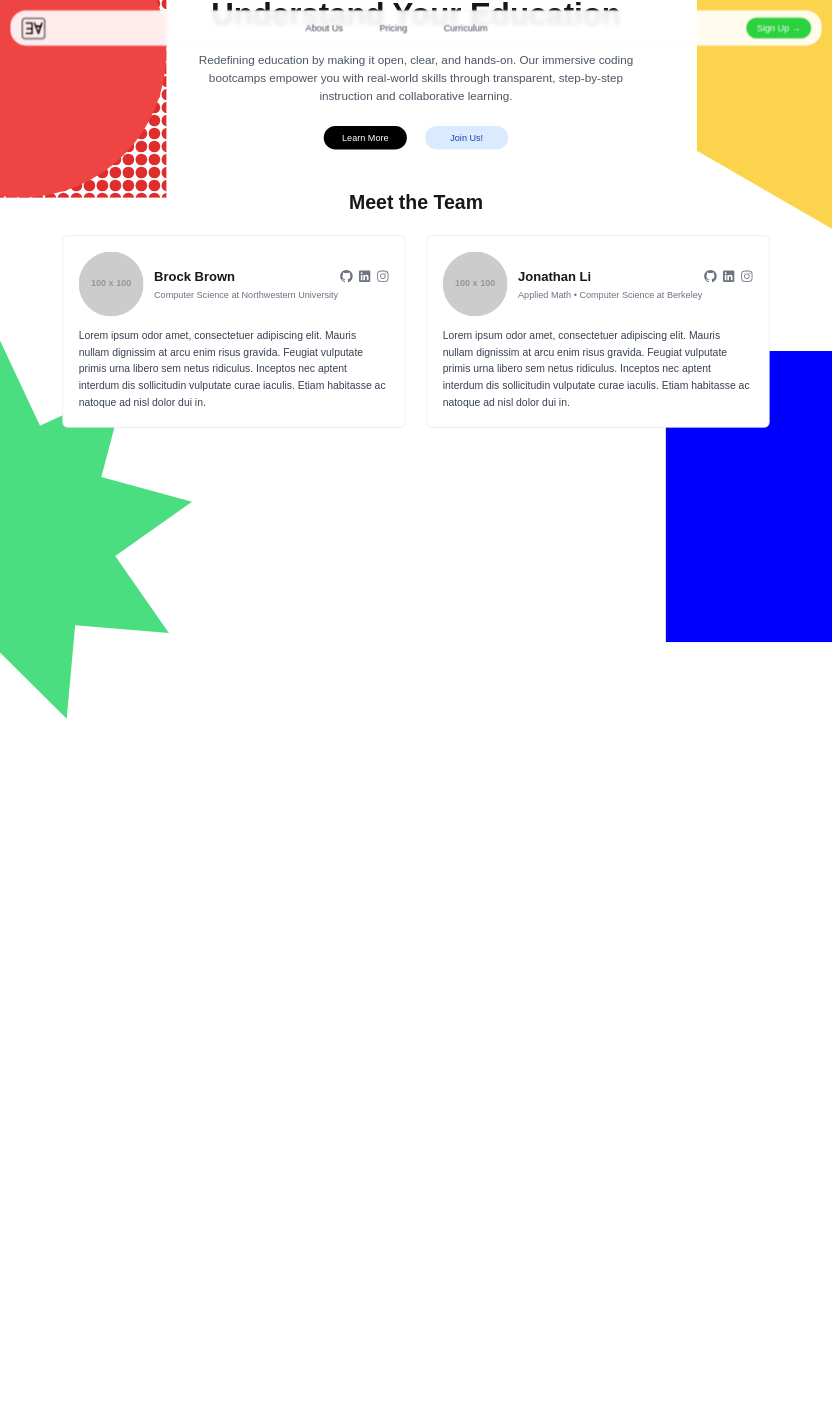
Repository: johnnyli-dev/bootcamp
Page: /
The author's editor kept a copy of each file at every save. The page is drawn from the files as they stood at one save, then again after the next save.
The browser window is 1280 px wide. The pictures show the whole page, at 65% of full size.
The project was rebuilt for these pictures with package versions that can differ from the ones it lists, and the page was loaded fresh each time. The framework's server and built-in components were replaced by stand-ins that run in the browser. Also part of the build but not shown: next.config.ts.

Above is the page before, as saved 2025-02-22 16:05:21.

After the next save:
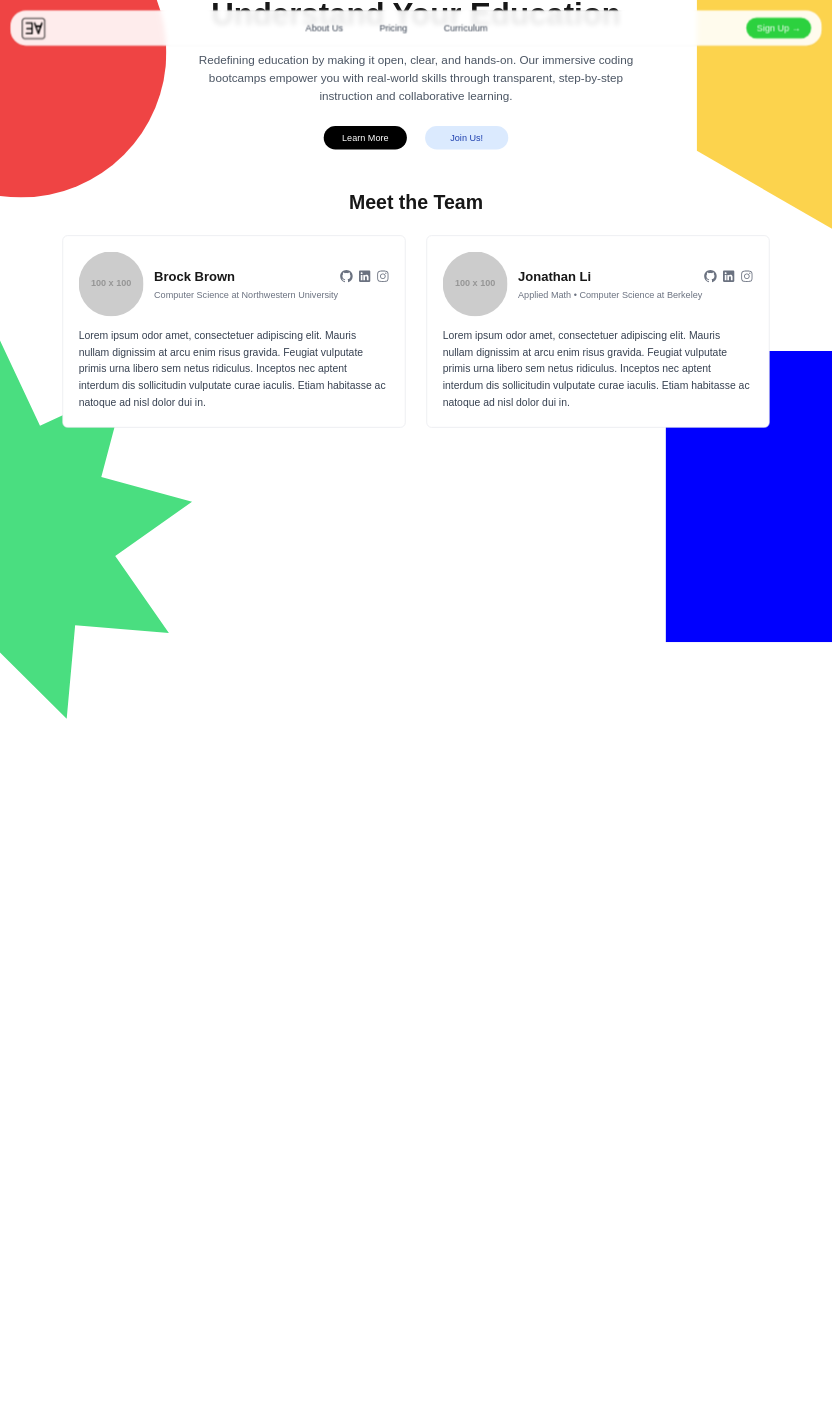
Saved 11 s later.
--- a/app/globals.css
+++ b/app/globals.css
@@ -27,7 +27,3 @@ body {
 	height: 300px;
 	border-radius: 50%;
 }
-
-.our-circle {
-    background: url('../public/circle.svg');
-}
